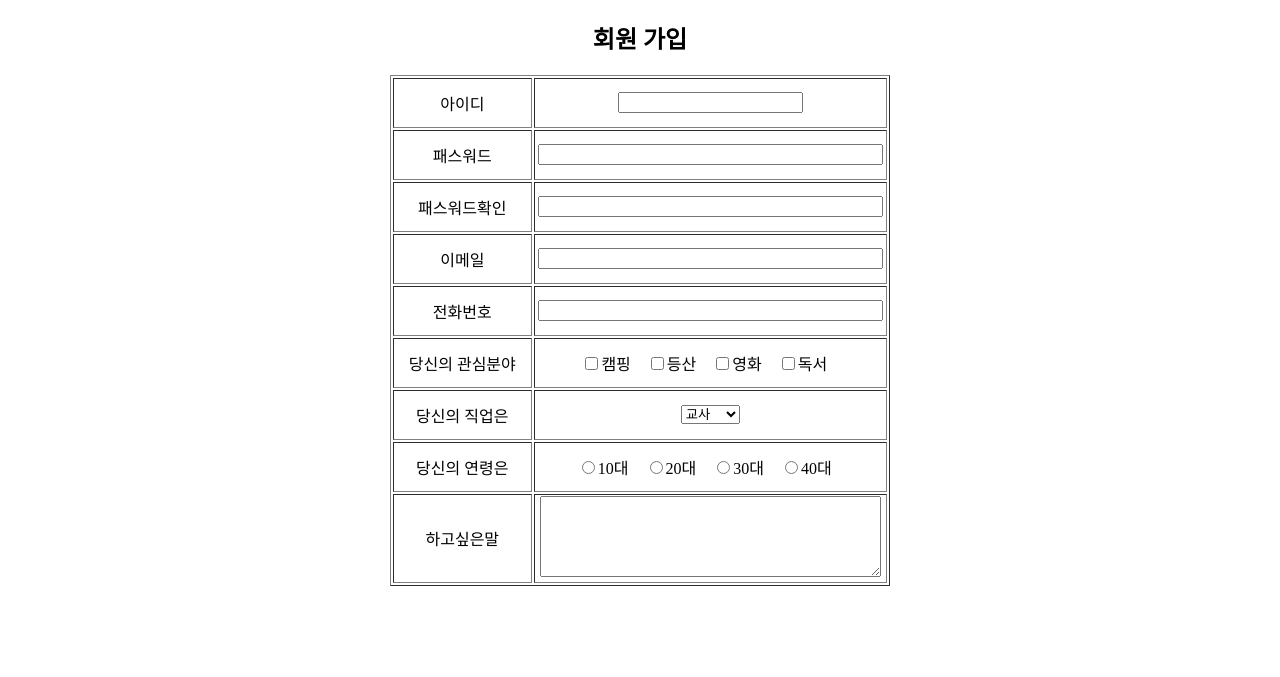
Repository: kdw1437/CreateBoardProject
Page: http://localhost/JSP2/RequestJoin.jsp
These files come from the project's save history. The page is drawn as it stood at one moment and after the next save; the edit follows.
The browser window is 1280 px wide. The pictures show the whole page.
The page is served by Tomcat 9.

Above is the page before, as saved 2024-08-05 09:37:03.

After the next save:
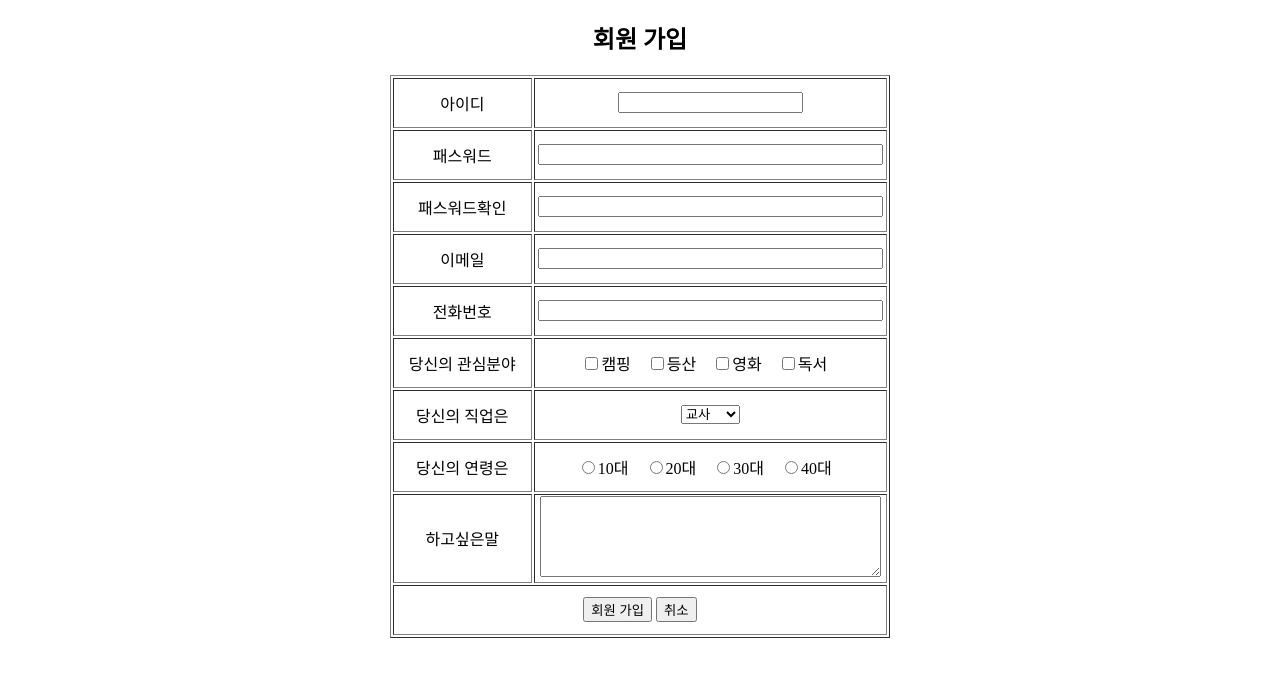
Saved 2 min 38 s later.
--- a/JSP2/src/main/webapp/RequestJoin.jsp
+++ b/JSP2/src/main/webapp/RequestJoin.jsp
@@ -64,10 +64,14 @@
 		<td width="350" align="center">
 		<textarea rows="5" cols="40" name="info"></textarea>
 		</td>
-
-
 	</tr>
 
+	<tr height="50">
+		<td align="center" colspan="2">
+		<input type="submit" value="회원 가입">
+		<input type="reset" value="취소">
+		</td>
+	</tr>
 	</table>
 
 	</form>
